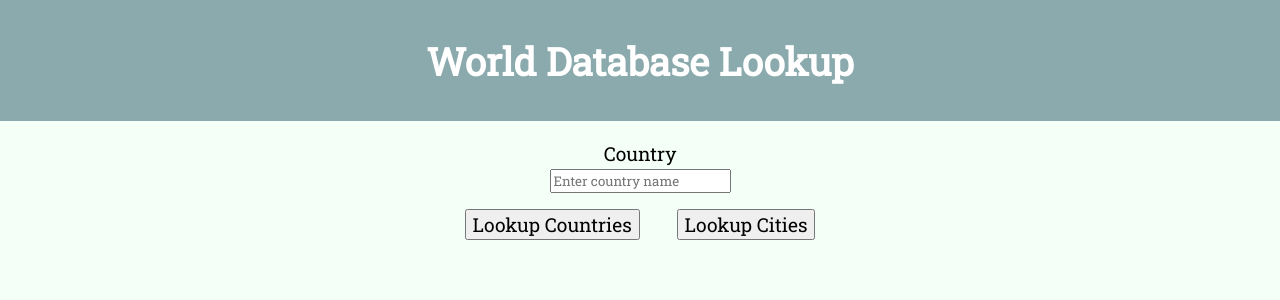
Repository: natechris-devine/info2180-lab7
Page: index.html
The author's editor kept a record of every edit. The page is drawn from the files as they stood at one moment, then again after the next edit.
The browser window is 1280 px wide. The pictures show the whole page.

Above is the page before.

### index.html
<!DOCTYPE html>
<html>
	<head>
        <meta charset="utf-8">
		<title>World Database Lookup</title>

		<!-- you can modify this as needed or to your preference -->
		<link href="world.css" type="text/css" rel="stylesheet" />

		<!-- you write this -->
		<script src="https://ajax.googleapis.com/ajax/libs/jquery/3.4.1/jquery.min.js"></script>
		<script src="world.js" type="text/javascript"></script>
	</head>

	<body>
		<header>
			<h1>World Database Lookup</h1>
		</header>

		<main>
			<div id="controls">
				<label for="country">Country</label>
				<br>
				<input id="country" type="search" name="country" placeholder="Enter country name" />
				<br>
				<button id="lookup">Lookup Countries</button>
				<button id="lookup-cities">Lookup Cities</button>

			</div>

			<div id="result">
				<!-- countries will appear here -->
			</div>
		</main>

	</body>
</html>

### world.css
/* Add your own styles */
@import url('https://fonts.googleapis.com/css?family=Roboto+Slab&display=swap');
* {
    font-family: 'Roboto Slab', serif;
}

body {
    padding: 0;
    margin: 0;
    background-color: #f4fff8;
    font-size: 1.2rem;
}

header {
    text-align: center;
    color: #fff;
    font-weight: 900;
    padding: 10px;
    background-color: #8baaad;
}

main {
    background-color: #f4fff8;
    padding-top: 20px;
    text-align: center;
}

button {
    margin: 1rem;
    font-size: 1.2rem;
}

### world.js
/*global $*/
/*golbal fetch*/
//console.log("wow");
$(document).ready(() => {

    function executeQuery(context='') {
        let query = $('#country').val().trim();
        let url = "world.php";
        if (query) {
            query = '?country=' + query + '&context=' + context;
        }
        //console.log("Query is " + query);

        fetch(url + query)
        .then(response => {
            return response.text();
        }).then(data => {
            $('#result').html(data);
        });
    }

    $('#lookup').click(executeQuery);
    $('#lookup-cities').click(() => {
        executeQuery('cities');
    })
});

After the next edit:
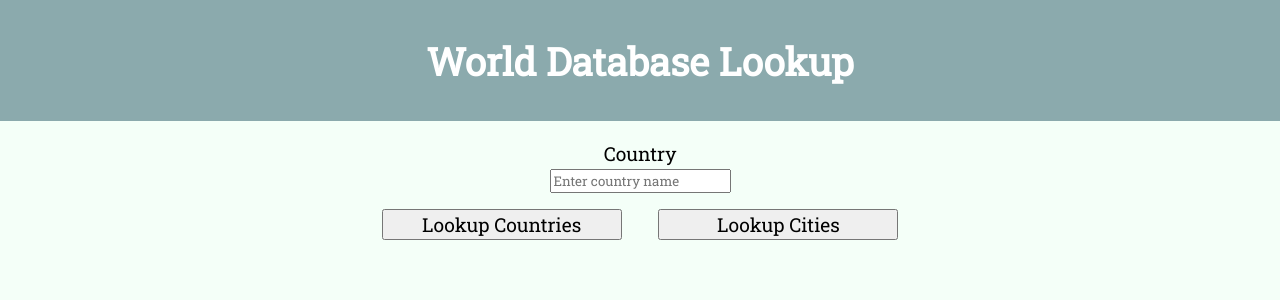
The edit:
--- a/world.css
+++ b/world.css
@@ -28,4 +28,10 @@
 button {
     margin: 1rem;
     font-size: 1.2rem;
+    width: 15rem;
 }
+
+#results table {
+    table-layout: auto;
+    text-align: center;
+}
